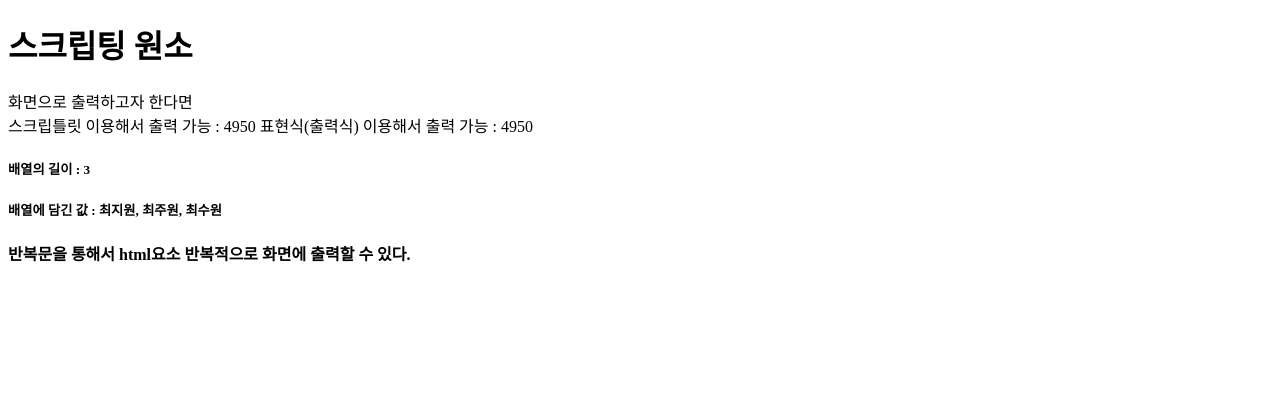
Repository: hyerangbi/Servlet
Page: http://localhost/JSP/views/01_ScriptingElement.jsp
An editor plug-in stored every save of this project. The page is shown before and after the next save, followed by the edit.
The browser window is 1280 px wide. The pictures show the whole page.
The page is served by Tomcat 10. Other server files are loaded and not shown.

Above is the page before, as saved 2024-09-10 02:28:07.

### 7_JSP/JSP/src/main/webapp/views/01_ScriptingElement.jsp
<%@ page language="java" contentType="text/html; charset=UTF-8"
    pageEncoding="UTF-8"%>
<!DOCTYPE html>
<html>
<head>
<meta charset="UTF-8">
<title>Insert title here</title>
</head>
<body>
	<h1> 스크립팅 원소</h1>

	<!-- HTML 주석 : 개발자도구 탭에 노출된다. -->
	<%-- JSP 주석 : 개발자도구 탭에 노출이 되지 않는다. --%>

	<%
		// 스크립틀릿 : 해당 영역에 일반적인 자바코드를 작성(변수 선언 및 초기화, 제어문 등)
		int sum = 0;
		for(int i=0; i<100; i++){
			sum+= i;
		}
	%>

	<p>
		화면으로 출력하고자 한다면 <br>
		스크립틀릿 이용해서 출력 가능 : <% out.println(sum); %>
		표현식(출력식) 이용해서 출력 가능 : <%=sum %>
	</p>

	<%
		String[] nameArr = {"최지원", "최주원", "최수원"};
	%>

	<h5> 배열의 길이 : <%=nameArr.length %></h5>
	<h5> 배열에 담긴 값 : <%=String.join(", ", nameArr) %></h5>

	<h4> 반복문을 통해서 html요소 반복적으로 화면에 출력할 수 있다.</h4>
</body>
</html>

After the next save:
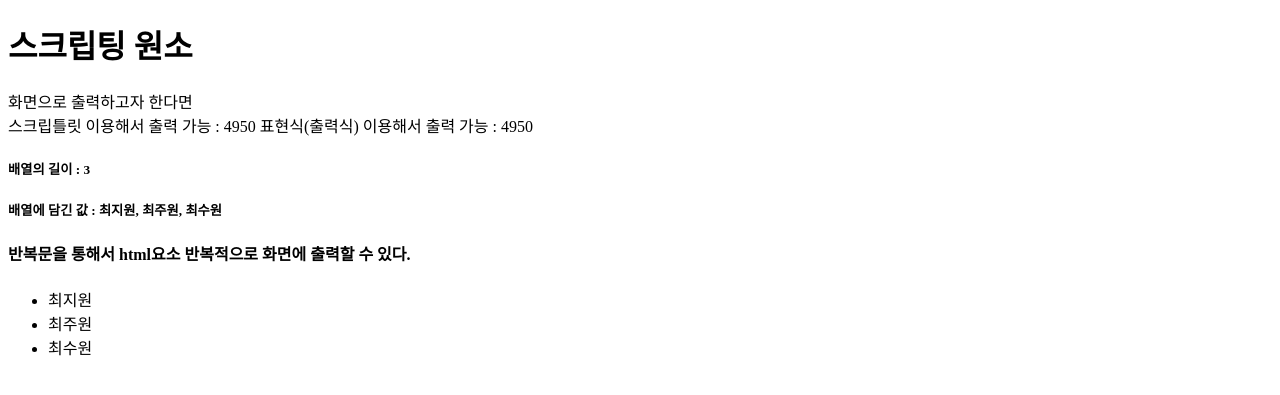
Saved 114 s later.
--- a/7_JSP/JSP/src/main/webapp/views/01_ScriptingElement.jsp
+++ b/7_JSP/JSP/src/main/webapp/views/01_ScriptingElement.jsp
@@ -34,5 +34,12 @@
 	<h5> 배열에 담긴 값 : <%=String.join(", ", nameArr) %></h5>
 
 	<h4> 반복문을 통해서 html요소 반복적으로 화면에 출력할 수 있다.</h4>
+
+	<ul>
+		<% for(int i=0; i<nameArr.length; i++) { %>
+			<li><%=nameArr[i] %></li>
+		<% } %>
+
+	</ul>
 </body>
 </html>
